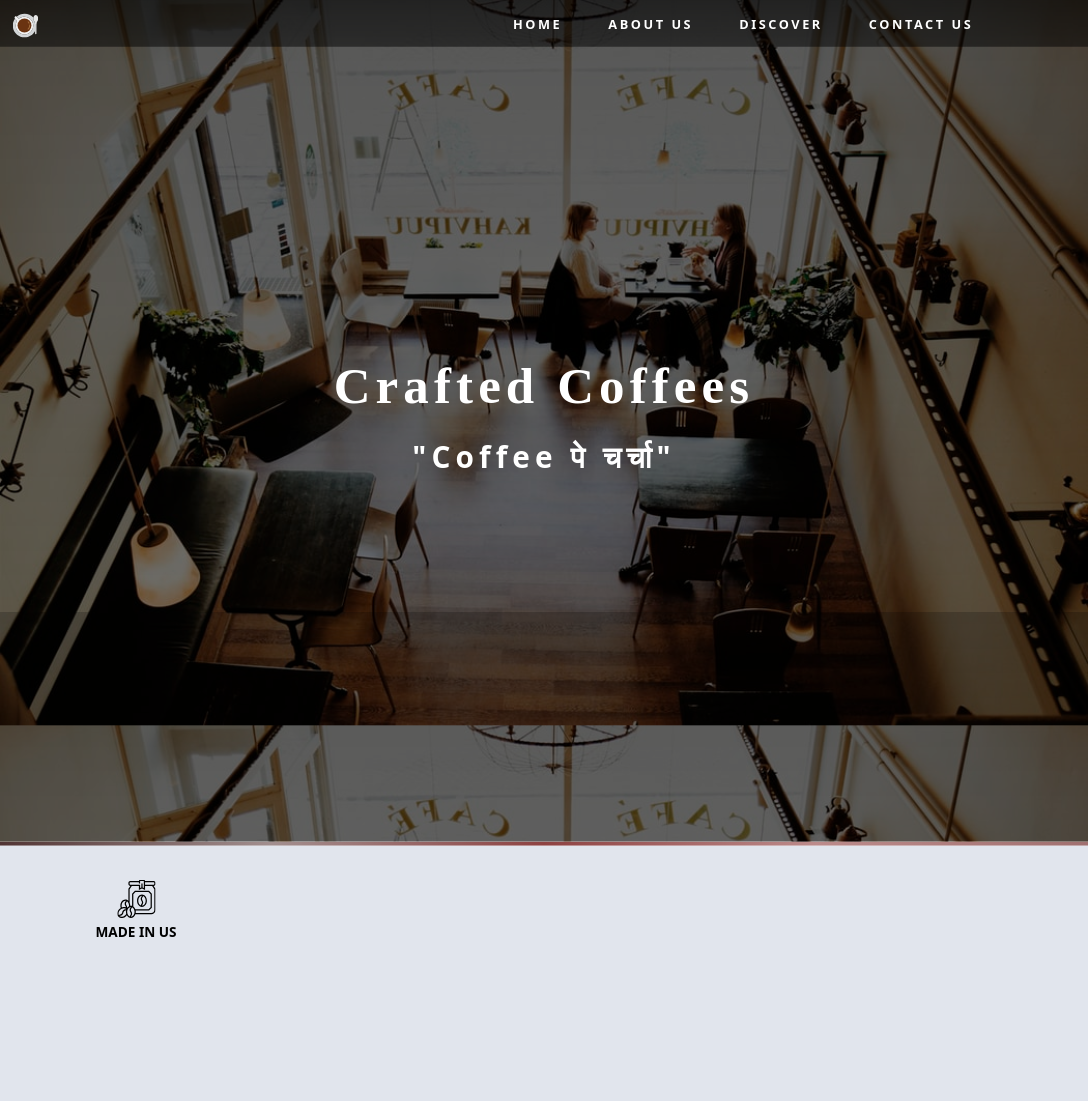
Repository: Aditya0377/Assignments
Page: Assignment/coffee/index.html
The author's editor kept a copy of each file at every save. The page is drawn from the files as they stood at one save, then again after the next save.
The browser window is 1280 px wide. The pictures show the whole page, at 85% of full size.
Backgrounds fixed to the window are drawn as part of the page. Some web libraries are served in a nearby version.

Above is the page before, as saved 2024-02-02 14:28:16.

### Assignment/coffee/index.html
<!DOCTYPE html>
<html lang="en">

<head>
    <meta charset="UTF-8">
    <meta name="viewport" content="width=device-width, initial-scale=1.0">
    <title>Coffee</title>
    <link rel="stylesheet" href="coffee.css">
    <link rel="stylesheet" href="https://cdn.linearicons.com/free/1.0.0/icon-font.min.css">
    <script src="https://kit.fontawesome.com/edd85780d6.js" crossorigin="anonymous"></script>
</head>

<body>
    <div class="head">
        <div class="navbar">
            <a href="" class="logo"><img src="assets/logo.svg" alt=""></a>
            <div class="navmenu">
                <a href="" class="navcont">HOME</a>
                <a href="" class="navcont">ABOUT US</a>
                <a href="" class="navcont">DISCOVER</a>
                <a href="" class="navcont">CONTACT US</a>

            </div>
        </div>
        <div class="headcont">
            <h1>Crafted Coffees</h1>
            <h2>"Coffee पे चर्चा"</h2>
            <div class="arrow">
                <span class="lnr lnr-chevron-down"></span>
            </div>
        </div>
    </div>
    <div class="linearline"></div>
    <div class="one">
        <div class="onecont">
            <div><img src="assets/coffeebag.svg" alt="" class="onelogo"></div>
            <div class="onehead">MADE IN US</div>
            <div class="lorem"></div>
        </div>
    </div>
</body>

</html>

### Assignment/coffee/coffee.css
* {
    margin: 0;
    padding: 0;
    box-sizing: border-box;
    font-family: system-ui, -apple-system, BlinkMacSystemFont, 'Segoe UI', Roboto, Oxygen, Ubuntu, Cantarell, 'Open Sans', 'Helvetica Neue', sans-serif;
    ;
}

a {
    text-decoration: none;
    color: black;
}

.head {
    width: 100%;
    background: linear-gradient(rgba(0, 0, 0, 0.6), rgba(0, 0, 0, 0.5)), url(assets/bg1.jpeg) center/cover no-repeat;
    background-repeat: no-repeat;
    background-attachment: fixed;
    background-size: cover;
    height: 990px;
    position: relative;
    display: flex;
    flex-direction: column;
    align-items: center;
    text-align: center;
}

.navbar {
    display: flex;
    align-items: center;
    width: 100%;
    height: 55px;
    background-image: linear-gradient(rgba(0, 0, 0, 0.6), rgba(0, 0, 0, 0.5));
    position: fixed;
    z-index: 999;

}

.navmenu {
    position: inherit;
    right: 0px;
    margin-right: 85px
}

.logo {
    align-self: flex-start;
    margin: 15px;
}

.navbar img {
    width: 30px;
}

.navcont {
    font-weight: 600;
    letter-spacing: 3px;
    font-size: 15px;
    margin-right: 50px;
    color: white;
}

.navcont:hover {
    transition: 0.5s ease;
    color: brown;
}

.headcont {
    margin-top: 420px;
    letter-spacing: 6px;
    color: white;
}

.headcont h1 {
    font-size: 60px;
    font-family: SpartanLimport;

}

.headcont h2 {
    font-weight: 600;
    margin-top: 25px;
    font-size: 35px;
    margin-bottom: 340px;
}

.lnr-chevron-down {
    font-size: 40px;
}

.arrow {
    animation-name: arrowdown;
    animation-duration: 3s;
    animation-iteration-count: infinite;
}

@keyframes arrowdown {
    0% {
        transform: translateY(0px);
    }

    50% {
        transform: translateY(50px);
    }

    100% {
        transform: translateY(0px);
    }
}

.linearline {
    width: 100%;
    background-image: linear-gradient(to left, #a07070, #bc8b8b, #8e4242, #a28f8f, #513434);
    height: 5px;
}

.one {
    width: 100%;
    display: flex;
    justify-content: p;
    align-items: center;
    background-color: #e1e5ed;
}

.onecont {
    height: 300px;
    width: 25%;
    text-align: center;

}

.onelogo {
    margin-top: 40px;
    width: 45px;
}

.onehead {
    margin color: brown;
    font-weight: 600;
}

After the next save:
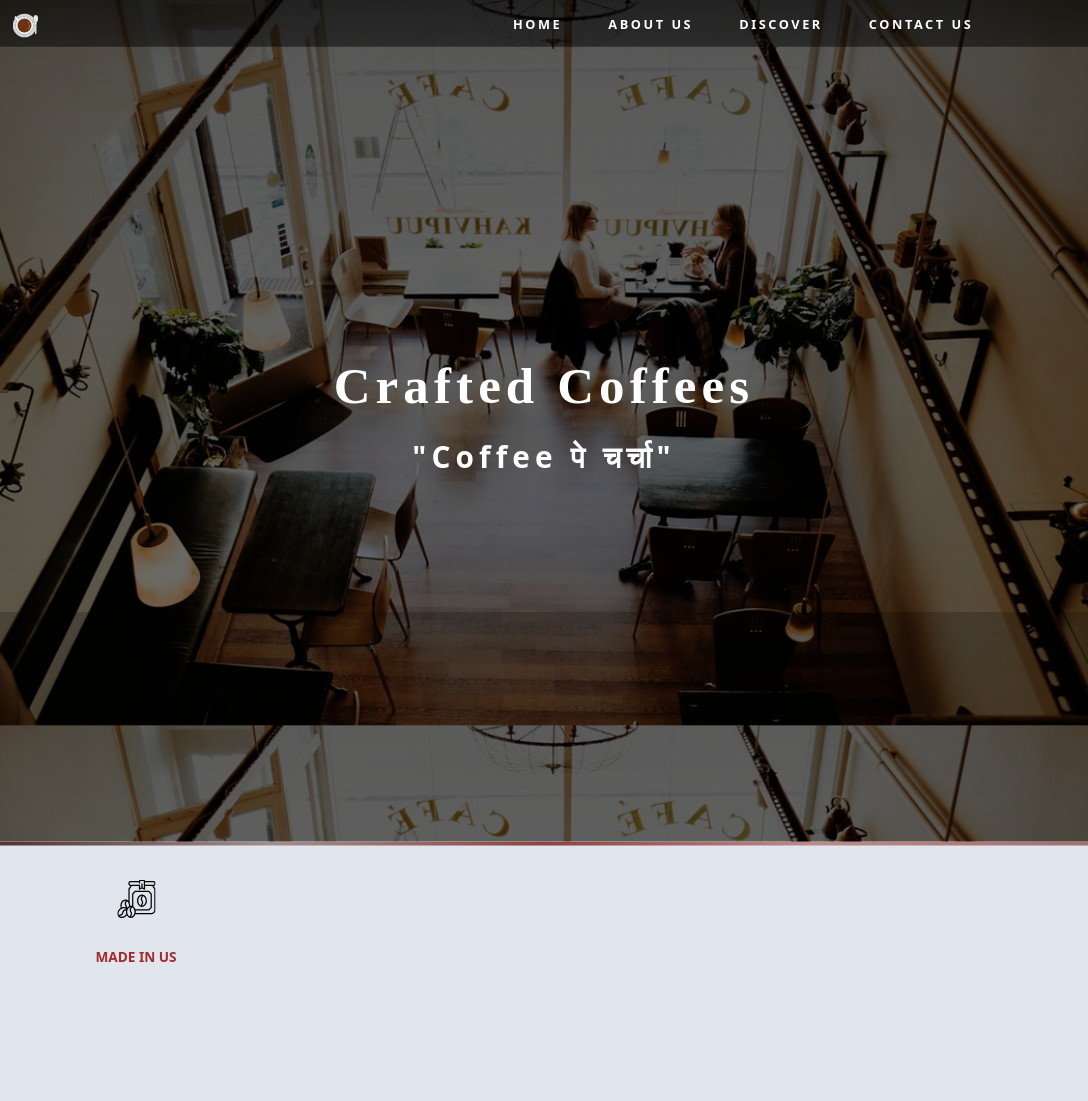
Saved 13 s later.
--- a/Assignment/coffee/coffee.css
+++ b/Assignment/coffee/coffee.css
@@ -134,6 +134,7 @@ a {
 }
 
 .onehead {
-    margin color: brown;
+    margin-top: 30px;
+    color: brown;
     font-weight: 600;
 }
